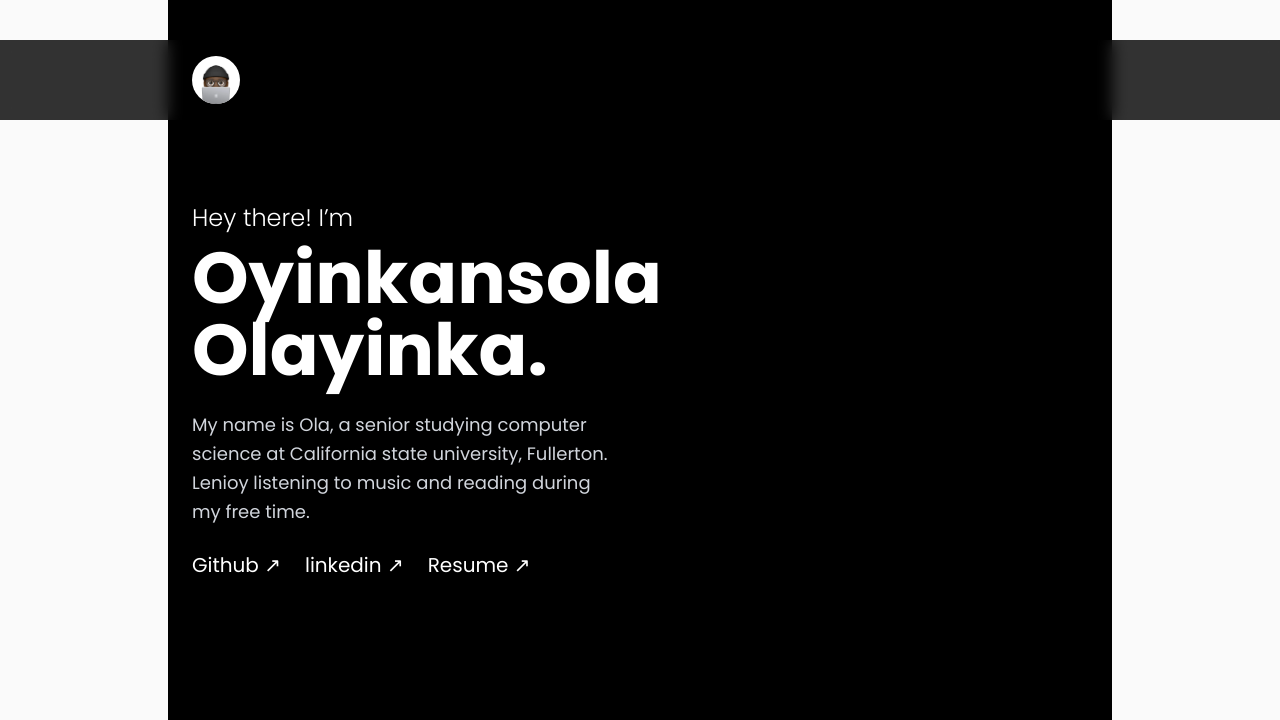
Repository: olasores/olasores-portfolio
Page: /
An editor plug-in stored every save of this project. The page is shown before and after the next save, followed by the edit.
The browser window is 1280 px wide. The pictures show the whole page.
The project was rebuilt for these pictures with package versions that can differ from the ones it lists, and the page was loaded fresh each time. The framework's server and built-in components were replaced by stand-ins that run in the browser. Also part of the build but not shown: next.config.ts.

Above is the page before, as saved 2025-11-11 12:34:02.

### app/layout.tsx
import type { Metadata } from "next";
import { Poppins } from "next/font/google";
import "./globals.css";
import Navbar from "./components/Navbar";

const poppins = Poppins({
  variable: "--font-poppins",
  weight: ["300", "400", "500", "600", "700"],
  subsets: ["latin"],
});

export const metadata: Metadata = {
  title: "Create Next App",
  description: "Generated by create next app",
};

export default function RootLayout({
  children,
}: Readonly<{
  children: React.ReactNode;
}>) {
  return (
    <html lang="en">
      <body
        className={`${poppins.variable} antialiased`}
      >
        <Navbar />
        {children}
      </body>
    </html>
  );
}

### app/page.tsx
import Image from "next/image";
import HomeSection from "./components/HomeSection";

export default function Home() {
  return (

    <div className="flex min-h-screen items-center justify-center bg-zinc-50 font-sans dark:bg-black">
      <HomeSection />
    </div>
  );
}

### app/globals.css
@import "tailwindcss";

:root {
  --background: #ffffff;
  --foreground: #171717;
}

@theme inline {
  --color-background: var(--background);
  --color-foreground: var(--foreground);
  --font-sans: var(--font-poppins);
}

@media (prefers-color-scheme: dark) {
  :root {
    --background: #0a0a0a;
    --foreground: #ededed;
  }
}

* {
  font-family: 'Poppins', sans-serif;
}

body {
  background: var(--background);
  color: var(--foreground);
}

### app/components/Navbar.tsx
export default function Navbar() {
    return (
        <nav className="fixed top-10 w-full bg-black/80 backdrop-blur-sm px-6 py-4 z-50">
            <div className="max-w-4xl mx-auto flex items-center justify-between">
                {/* Logo */}
                <div className="relative w-12 h-12 rounded-full bg-white overflow-hidden flex items-center justify-center">
                    <img
                        src="/assets/olaimg2.webp"
                        alt="Oyinkansola Olayinka Logo"
                        className="w-full h-full object-cover"
                    />
                </div>

                {/* Links */}
                {/* <div className="flex gap-8 text-white">
                    <a href="#" className="hover:text-gray-400 transition">
                        Github ↗
                    </a>
                    <a href="#" className="hover:text-gray-400 transition">
                        linkedin ↗
                    </a>
                    <a href="#" className="hover:text-gray-400 transition">
                        Resume ↗
                    </a>
                </div> */}
            </div>
        </nav>
    );
}

### app/components/HomeSection.tsx


export default function HomeSection() {
    return (
        <div className="flex min-h-screen items-center justify-center bg-black font-sans dark:bg-black px-6 py-5 pt-20">
            <div className="grid grid-cols-1 md:grid-cols-2 gap-12 max-w-4xl w-full items-center">
                {/* Left side: Text content */}
                <div className="flex flex-col gap-6 items-center md:items-start">
                    <div>
                        <h2 className="text-xl md:text-2xl font-light text-white mb-2">
                            Hey there! I&rsquo;m
                        </h2>
                        <h1 className="text-5xl md:text-7xl font-bold text-white">
                            Oyinkansola Olayinka.
                        </h1>
                    </div>

                    <p className="text-base md:text-lg text-gray-300 leading-relaxed max-w-lg">
                        My name is Ola, a senior studying computer science at California state university, Fullerton. Lenioy listening to music and reading during my free time.
                    </p>

                    {/* Links */}
                    <div className="flex gap-6 text-lg md:text-xl text-white">
                        <a href="#" className="hover:text-gray-400 transition">
                            Github ↗
                        </a>
                        <a href="#" className="hover:text-gray-400 transition">
                            linkedin ↗
                        </a>
                        <a href="#" className="hover:text-gray-400 transition">
                            Resume ↗
                        </a>
                    </div>
                </div>
            </div>
        </div>
    );
}

After the next save:
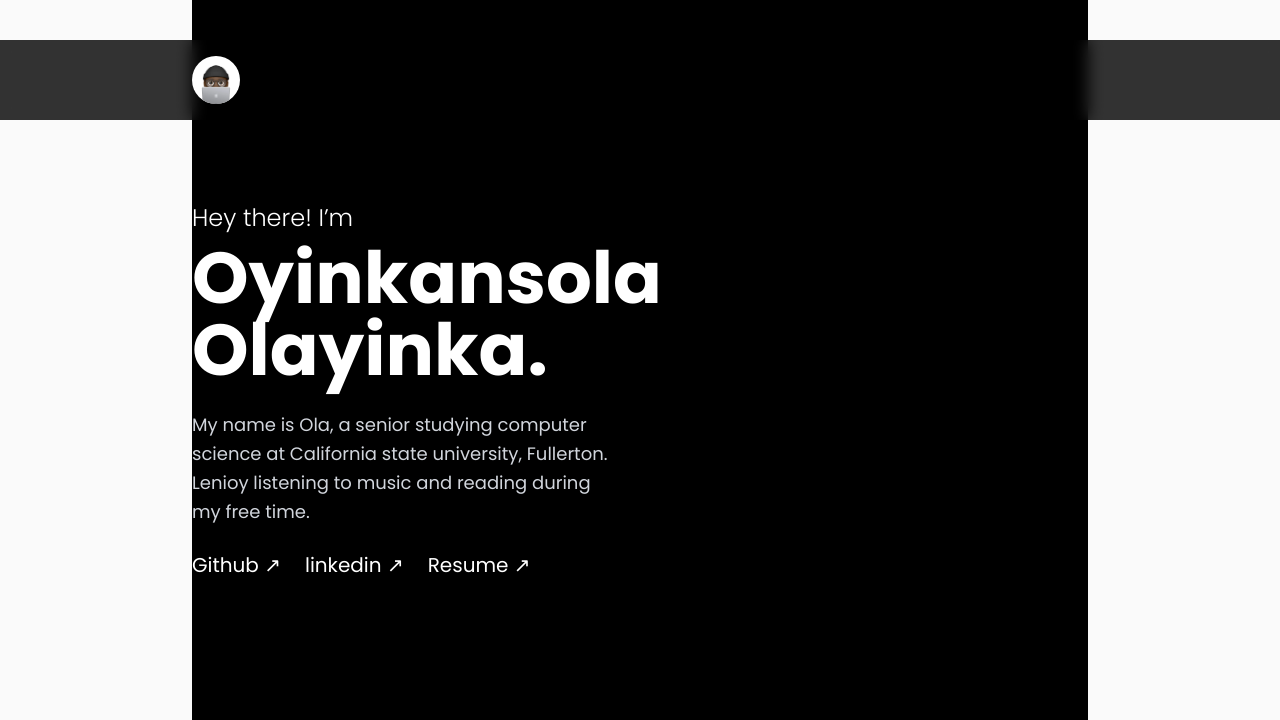
Saved 36 s later.
--- a/app/components/HomeSection.tsx
+++ b/app/components/HomeSection.tsx
@@ -2,7 +2,7 @@
 
 export default function HomeSection() {
     return (
-        <div className="flex min-h-screen items-center justify-center bg-black font-sans dark:bg-black px-6 py-5 pt-20">
+        <div className="flex min-h-screen items-center justify-center bg-black font-sans dark:bg-black  py-5 pt-20">
             <div className="grid grid-cols-1 md:grid-cols-2 gap-12 max-w-4xl w-full items-center">
                 {/* Left side: Text content */}
                 <div className="flex flex-col gap-6 items-center md:items-start">

After the save that followed:
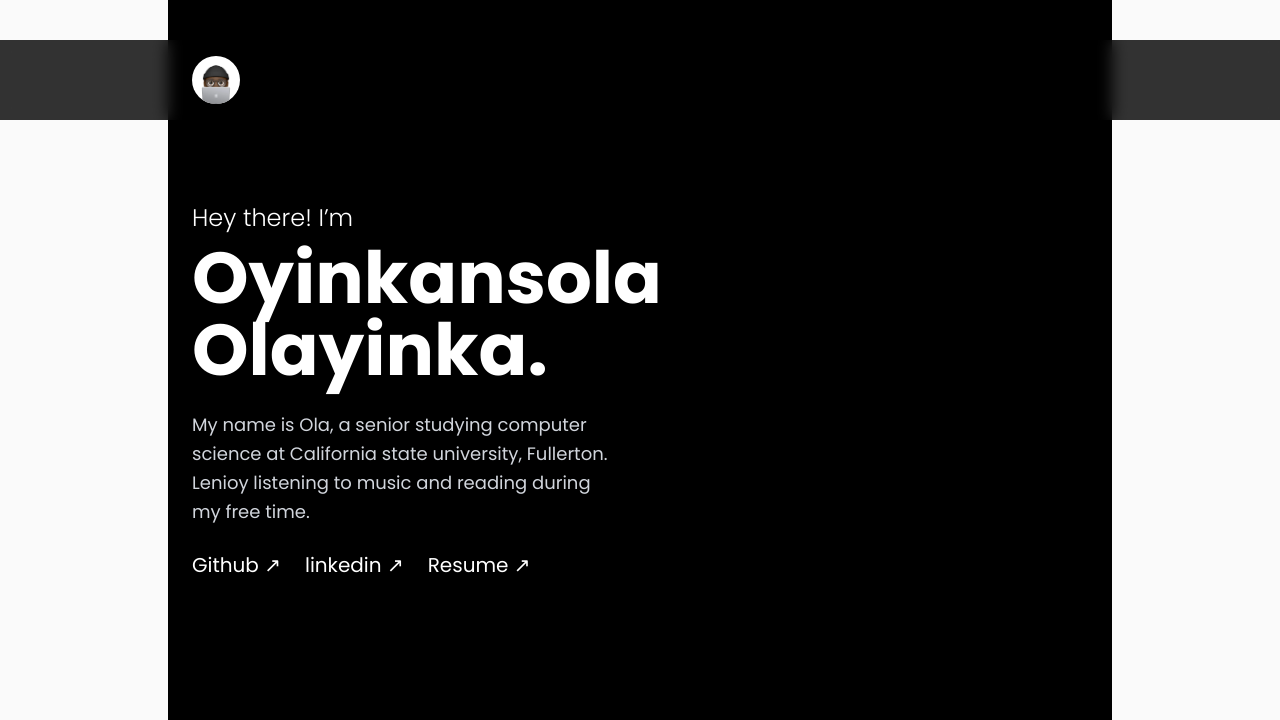
Saved 5 s later.
--- a/app/components/HomeSection.tsx
+++ b/app/components/HomeSection.tsx
@@ -2,7 +2,7 @@
 
 export default function HomeSection() {
     return (
-        <div className="flex min-h-screen items-center justify-center bg-black font-sans dark:bg-black  py-5 pt-20">
+        <div className="flex min-h-screen items-center justify-center bg-black font-sans dark:bg-black px-6 py-5 pt-20">
             <div className="grid grid-cols-1 md:grid-cols-2 gap-12 max-w-4xl w-full items-center">
                 {/* Left side: Text content */}
                 <div className="flex flex-col gap-6 items-center md:items-start">
